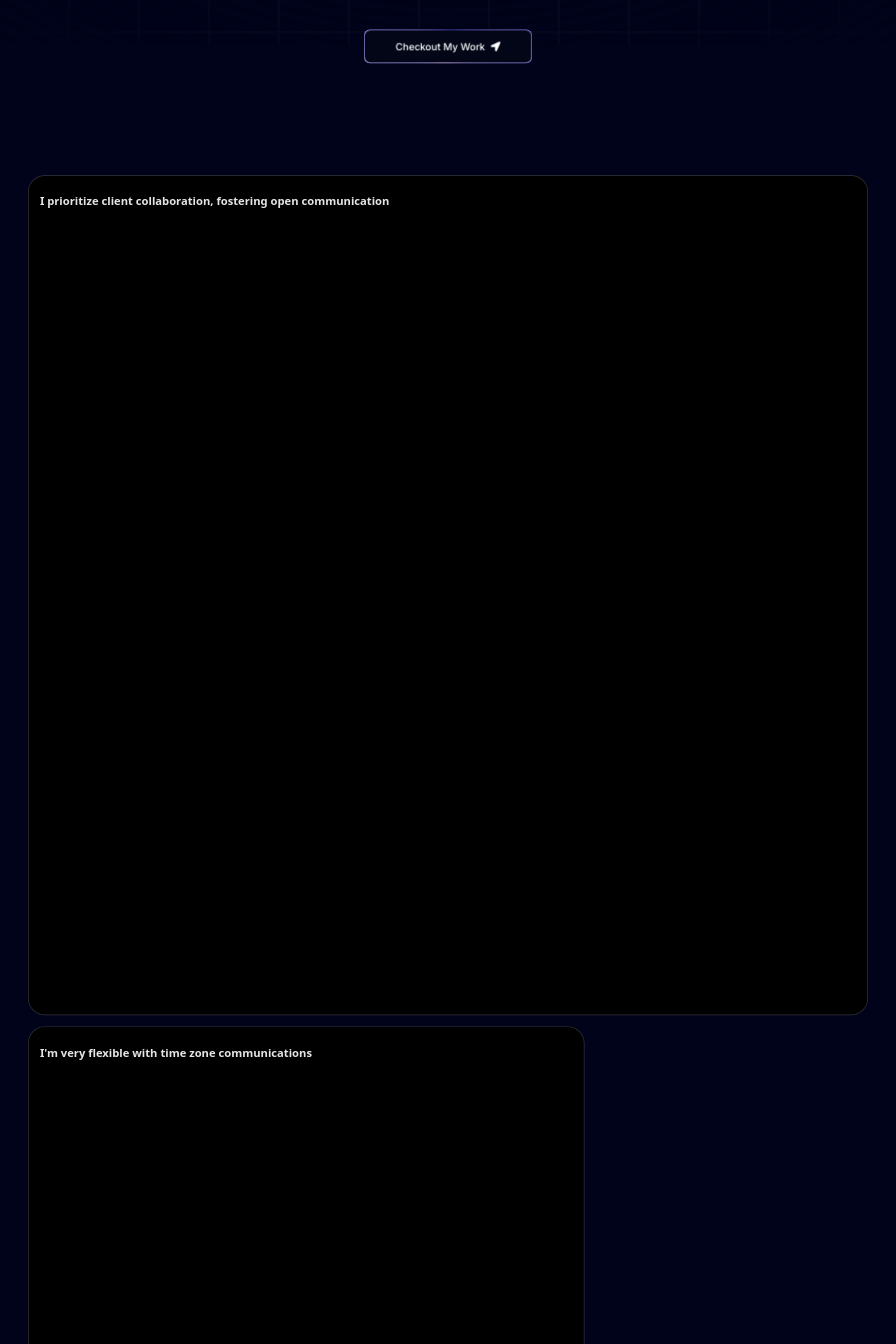
Repository: Carlito-Pedida/node1creative
Page: /
An editor plug-in stored every save of this project. The page is shown before and after the next save, followed by the edit.
The browser window is 1280 px wide. The pictures show the part of the page from y = 656 to 2576 px (the page is 4538 px tall), at 70% of full size.
The project was rebuilt for these pictures with package versions that can differ from the ones it lists, and the page was loaded fresh each time. The framework's server and built-in components were replaced by stand-ins that run in the browser. Also part of the build but not shown: next.config.mjs.

Above is the page before, as saved 2024-11-20 16:58:21.

### app/layout.tsx
import type { Metadata } from "next";
import { Inter } from "next/font/google";
import "./globals.css";
import { ThemeProvider } from "@/components/ThemeProvider";

const inter = Inter({ subsets: ["latin"] });

export const metadata: Metadata = {
  title: "Node①Creative",
  description: "Node 1 Creative Business Portfolio"
};

export default function RootLayout({
  children
}: Readonly<{
  children: React.ReactNode;
}>) {
  return (
    <html lang="en">
      <body className={inter.className}>
        <ThemeProvider
          attribute="class"
          defaultTheme="dark"
          enableSystem
          disableTransitionOnChange
        >
          {children}
        </ThemeProvider>
      </body>
    </html>
  );
}

### app/page.tsx
import Grid from "@/components/Grid";
import Hero from "@/components/Hero";
import { FloatingNav } from "@/components/ui/FloatingNav";
import { navItems } from "@/data";
import { FaHome } from "react-icons/fa";

export default function Home() {
  return (
    <main className="relative bg-black-100 flex justify-center items-center flex-col overflow-hidden mx-auto sm:px-10 px-5">
      <div className="max-1-7xl w-full">
        <FloatingNav navItems={navItems} />
        <Hero />
        <Grid />
      </div>
    </main>
  );
}

### components/Grid.tsx
import React from "react";
import { BentoGrid, BentoGridItem } from "./ui/BentoGrid";
import { gridItems } from "@/data";

const Grid = () => {
  return (
    <section id="about">
      <BentoGrid>
        {gridItems.map(
          ({
            id,
            title,
            description,
            className,
            img,
            imgClassName,
            titleClassName,
            spareImg
          }) => (
            <BentoGridItem
              id={id}
              key={id}
              title={title}
              description={description}
              className={className}
              img={img}
              imgClassName={imgClassName}
              titleClassName={titleClassName}
              spareImg={spareImg}
            />
          )
        )}
      </BentoGrid>
    </section>
  );
};

export default Grid;

### components/Hero.tsx
import React from "react";
import { Spotlight } from "./ui/Spotlight";
import { TextGenerateEffect } from "./ui/TextGenerateEffect";
import MagicButton from "./ui/MagicButton";
import { FaLocationArrow } from "react-icons/fa";

const Hero = () => {
  return (
    <div className="pb-20 pt-36 ">
      <div>
        <Spotlight
          className="-top-40 -left-10 md:-left-32 md:-top-20 h-screen"
          fill="white"
        />
        <Spotlight
          className="top-10 left-full h-[80vh] w-[50vw]"
          fill="purple"
        />
        <Spotlight className="-top-30 -left-80 h-[80vh] w-[50vw]" fill="blue" />
      </div>
      <div className="h-screen w-full dark:bg-black-100 bg-white  dark:bg-grid-white/[0.05] bg-grid-black/[0.2] flex items-center justify-center absolute top-0 left-0">
        {/* Radial gradient for the container to give a faded look */}
        <div className="absolute pointer-events-none inset-0 flex items-center justify-center dark:bg-black-100 bg-white [mask-image:radial-gradient(ellipse_at_center,transparent_20%,black)]" />
      </div>

      <div className="flex justify-center relative my-20 z-10">
        <div className="max-w-[89vw md:max-w-2xl lg:max-w-[60vw] flex flex-col items-center justify-center">
          <h2 className="uppercase tracking-widest test-xs text-center text-blue-100 max-w">
            Where Dynamic Ideas and Creativity Emerge...
          </h2>
          <TextGenerateEffect
            className="text-center text-[40px] md:text-5xl lg:text-6xl"
            words="Translating User Concepts into Remarkable User Experiences"
          />

          <p className="text-center md:tracking-wider mb-4 text-sm md:text-lg lg:text-2xl">
            Hi I am Carlito! Welcome to Node{" "}
            <span className="text-purple">①</span> Creative!
          </p>

          <MagicButton
            buttonName="Checkout My Work"
            icon={<FaLocationArrow />}
            position="right"
          />
        </div>
      </div>
    </div>
  );
};

export default Hero;

### components/ui/FloatingNav.tsx
"use client";
import React, { useState } from "react";
import {
  motion,
  AnimatePresence,
  useScroll,
  useMotionValueEvent
} from "framer-motion";
import { cn } from "@/lib/utils";
import Link from "next/link";

export const FloatingNav = ({
  navItems,
  className
}: {
  navItems: {
    name: string;
    link: string;
    icon?: JSX.Element;
  }[];
  className?: string;
}) => {
  const { scrollYProgress } = useScroll();

  const [visible, setVisible] = useState(false);

  useMotionValueEvent(scrollYProgress, "change", (current) => {
    // Check if current is not undefined and is a number
    if (typeof current === "number") {
      let direction = current! - scrollYProgress.getPrevious()!;

      if (scrollYProgress.get() < 0.05) {
        setVisible(false);
      } else {
        if (direction < 0) {
          setVisible(true);
        } else {
          setVisible(false);
        }
      }
    }
  });

  return (
    <AnimatePresence mode="wait">
      <motion.div
        initial={{
          opacity: 1,
          y: -100
        }}
        animate={{
          y: visible ? 0 : -100,
          opacity: visible ? 1 : 0
        }}
        transition={{
          duration: 0.2
        }}
        className={cn(
          "flex max-w-fit  fixed top-10 inset-x-0 mx-auto border border-transparent dark:border-white/[0.2] rounded-full dark:bg-black bg-white shadow-[0px_2px_3px_-1px_rgba(0,0,0,0.1),0px_1px_0px_0px_rgba(25,28,33,0.02),0px_0px_0px_1px_rgba(25,28,33,0.08)] z-[5000] pr-2 pl-8 py-2  items-center justify-center space-x-4",
          className
        )}
      >
        {navItems.map((navItem: any, idx: number) => (
          <Link
            key={`link=${idx}`}
            href={navItem.link}
            className={cn(
              "relative dark:text-neutral-50 items-center flex space-x-1 text-neutral-600 dark:hover:text-neutral-300 hover:text-neutral-500"
            )}
          >
            <span className="block sm:hidden">{navItem.icon}</span>
            <span className="hidden sm:block text-sm">{navItem.name}</span>
          </Link>
        ))}
        <button className="border text-sm font-medium relative border-neutral-200 dark:border-white/[0.2] text-black dark:text-white px-4 py-2 rounded-full">
          <span>Login</span>
          <span className="absolute inset-x-0 w-1/2 mx-auto -bottom-px bg-gradient-to-r from-transparent via-blue-500 to-transparent  h-px" />
        </button>
      </motion.div>
    </AnimatePresence>
  );
};

### components/ui/BentoGrid.tsx
import { cn } from "@/lib/utils";

export const BentoGrid = ({
  className,
  children
}: {
  className?: string;
  children?: React.ReactNode;
}) => {
  return (
    <div
      className={cn(
        "grid md:auto-rows-[18rem] grid-cols-1 md:grid-cols-3 gap-4 max-w-7xl mx-auto ",
        className
      )}
    >
      {children}
    </div>
  );
};

export const BentoGridItem = ({
  className,
  title,
  description,
  img,
  imgClassName,
  titleClassName,
  spareImg
}: {
  className?: string;
  title?: string | React.ReactNode;
  description?: string | React.ReactNode;
  id?: number;
  img?: string;
  imgClassName?: string;
  titleClassName?: string;
  spareImg?: string;
}) => {
  return (
    <div
      className={cn(
        "relative row-span-1 rounded-3xl group/bento hover:shadow-xl transition duration-200 shadow-input dark:shadow-none p-4 dark:bg-black dark:border-white/[0.2] bg-white border border-transparent justify-between flex flex-col space-y-4 border-red-500",
        className
      )}
    >
      <div className="group-hover/bento:translate-x-2 transition duration-200">
        <div className="font-sans font-bold text-neutral-600 dark:text-neutral-200 mb-2 mt-2">
          {title}
        </div>
        <div className="font-sans font-normal text-neutral-600 text-xs dark:text-neutral-300">
          {description}
        </div>
      </div>
    </div>
  );
};

### components/ui/Spotlight.tsx
import React from "react";
import { cn } from "@/lib/utils";

type SpotlightProps = {
  className?: string;
  fill?: string;
};

export const Spotlight = ({ className, fill }: SpotlightProps) => {
  return (
    <svg
      className={cn(
        "animate-spotlight pointer-events-none absolute z-[1]  h-[169%] w-[138%] lg:w-[84%] opacity-0",
        className
      )}
      xmlns="http://www.w3.org/2000/svg"
      viewBox="0 0 3787 2842"
      fill="none"
    >
      <g filter="url(#filter)">
        <ellipse
          cx="1924.71"
          cy="273.501"
          rx="1924.71"
          ry="273.501"
          transform="matrix(-0.822377 -0.568943 -0.568943 0.822377 3631.88 2291.09)"
          fill={fill || "white"}
          fillOpacity="0.21"
        ></ellipse>
      </g>
      <defs>
        <filter
          id="filter"
          x="0.860352"
          y="0.838989"
          width="3785.16"
          height="2840.26"
          filterUnits="userSpaceOnUse"
          colorInterpolationFilters="sRGB"
        >
          <feFlood floodOpacity="0" result="BackgroundImageFix"></feFlood>
          <feBlend
            mode="normal"
            in="SourceGraphic"
            in2="BackgroundImageFix"
            result="shape"
          ></feBlend>
          <feGaussianBlur
            stdDeviation="151"
            result="effect1_foregroundBlur_1065_8"
          ></feGaussianBlur>
        </filter>
      </defs>
    </svg>
  );
};

### components/ui/TextGenerateEffect.tsx
"use client";
import { useEffect } from "react";
import { motion, stagger, useAnimate } from "framer-motion";
import { cn } from "@/lib/utils";

export const TextGenerateEffect = ({
  words,
  className,
  filter = true,
  duration = 0.5
}: {
  words: string;
  className?: string;
  filter?: boolean;
  duration?: number;
}) => {
  const [scope, animate] = useAnimate();
  let wordsArray = words.split(" ");
  useEffect(() => {
    animate(
      "span",
      {
        opacity: 1,
        filter: filter ? "blur(0px)" : "none"
      },
      {
        duration: duration ? duration : 1,
        delay: stagger(0.2)
      }
    );
  }, [scope.current]);

  const renderWords = () => {
    return (
      <motion.div ref={scope}>
        {wordsArray.map((word, idx) => {
          return (
            <motion.span
              key={word + idx}
              className={`${
                idx > 4 ? "text-purple" : "dark:text-white text-black"
              } opacity-0`}
              style={{
                filter: filter ? "blur(10px)" : "none"
              }}
            >
              {word}{" "}
            </motion.span>
          );
        })}
      </motion.div>
    );
  };

  return (
    <div className={cn("font-bold", className)}>
      <div className="my-4">
        <div className=" dark:text-white text-black  leading-snug tracking-wide">
          {renderWords()}
        </div>
      </div>
    </div>
  );
};

### components/ui/MagicButton.tsx
interface MagicButtonProp {
  buttonName: string;
  icon?: React.ReactNode;
  position?: string;
  handleClick?: () => void;
  otherClasses?: string;
}

const MagicButton = ({
  buttonName,
  icon,
  position,
  handleClick,
  otherClasses
}: MagicButtonProp) => {
  return (
    <button className="relative inline-flex h-12 w-full overflow-hidden rounded-lg p-[1px] focus:outline-none md:w-60 md:mt-10">
      <span className="absolute inset-[-1000%] animate-[spin_2s_linear_infinite] bg-[conic-gradient(from_90deg_at_50%_50%,#E2CBFF_0%,#393BB2_50%,#E2CBFF_100%)]" />
      <span
        className={`inline-flex h-full w-full cursor-pointer items-center justify-center rounded-lg bg-slate-950 px-7 text-sm font-medium text-white backdrop-blur-3xl gap-2 ${otherClasses}`}
      >
        {position === "left" && icon}
        {buttonName}
        {position === "right" && icon}
      </span>
    </button>
  );
};

export default MagicButton;

### tailwind.config.ts
import type { Config } from "tailwindcss";

const svgToDataUri = require("mini-svg-data-uri");

const colors = require("tailwindcss/colors");
const {
  default: flattenColorPalette
} = require("tailwindcss/lib/util/flattenColorPalette");

const config = {
  darkMode: ["class"],
  content: [
    "./pages/**/*.{ts,tsx}",
    "./components/**/*.{ts,tsx}",
    "./app/**/*.{ts,tsx}",
    "./src/**/*.{ts,tsx}",
    "./data/**/*.{ts,tsx}"
  ],
  prefix: "",
  theme: {
    container: {
      center: true,
      padding: "2rem",
      screens: {
        "2xl": "1400px"
      }
    },
    extend: {
      colors: {
        black: {
          DEFAULT: "#000",
          100: "#000319",
          200: "rgba(17, 25, 40, 0.75)",
          300: "rgba(255, 255, 255, 0.125)"
        },
        white: {
          DEFAULT: "#FFF",
          100: "#BEC1DD",
          200: "#C1C2D3"
        },
        blue: {
          "100": "#E4ECFF"
        },
        purple: "#CBACF9",
        border: "hsl(var(--border))",
        input: "hsl(var(--input))",
        ring: "hsl(var(--ring))",
        background: "hsl(var(--background))",
        foreground: "hsl(var(--foreground))",
        primary: {
          DEFAULT: "hsl(var(--primary))",
          foreground: "hsl(var(--primary-foreground))"
        },
        secondary: {
          DEFAULT: "hsl(var(--secondary))",
          foreground: "hsl(var(--secondary-foreground))"
        },
        destructive: {
          DEFAULT: "hsl(var(--destructive))",
          foreground: "hsl(var(--destructive-foreground))"
        },
        muted: {
          DEFAULT: "hsl(var(--muted))",
          foreground: "hsl(var(--muted-foreground))"
        },
        accent: {
          DEFAULT: "hsl(var(--accent))",
          foreground: "hsl(var(--accent-foreground))"
        },
        popover: {
          DEFAULT: "hsl(var(--popover))",
          foreground: "hsl(var(--popover-foreground))"
        },
        card: {
          DEFAULT: "hsl(var(--card))",
          foreground: "hsl(var(--card-foreground))"
        }
      },
      borderRadius: {
        lg: "var(--radius)",
        md: "calc(var(--radius) - 2px)",
        sm: "calc(var(--radius) - 4px)"
      },
      keyframes: {
        "accordion-down": {
          from: { height: "0" },
          to: { height: "var(--radix-accordion-content-height)" }
        },
        "accordion-up": {
          from: { height: "var(--radix-accordion-content-height)" },
          to: { height: "0" }
        },
        spotlight: {
          "0%": {
            opacity: "0",
            transform: "translate(-72%, -62%) scale(0.5)"
          },
          "100%": {
            opacity: "1",
            transform: "translate(-50%,-40%) scale(1)"
          }
        },
        shimmer: {
          from: {
            backgroundPosition: "0 0"
          },
          to: {
            backgroundPosition: "-200% 0"
          }
        },
        moveHorizontal: {
          "0%": {
            transform: "translateX(-50%) translateY(-10%)"
          },
          "50%": {
            transform: "translateX(50%) translateY(10%)"
          },
          "100%": {
            transform: "translateX(-50%) translateY(-10%)"
          }
        },
        moveInCircle: {
          "0%": {
            transform: "rotate(0deg)"
          },
          "50%": {
            transform: "rotate(180deg)"
          },
          "100%": {
            transform: "rotate(360deg)"
          }
        },
        moveVertical: {
          "0%": {
            transform: "translateY(-50%)"
          },
          "50%": {
            transform: "translateY(50%)"
          },
          "100%": {
            transform: "translateY(-50%)"
          }
        },
        scroll: {
          to: {
            transform: "translate(calc(-50% - 0.5rem))"
          }
        }
      },
      animation: {
        "accordion-down": "accordion-down 0.2s ease-out",
        "accordion-up": "accordion-up 0.2s ease-out",
        spotlight: "spotlight 2s ease .75s 1 forwards",
        shimmer: "shimmer 2s linear infinite",
        first: "moveVertical 30s ease infinite",
        second: "moveInCircle 20s reverse infinite",
        third: "moveInCircle 40s linear infinite",
        fourth: "moveHorizontal 40s ease infinite",
        fifth: "moveInCircle 20s ease infinite",
        scroll:
          "scroll var(--animation-duration, 40s) var(--animation-direction, forwards) linear infinite"
      }
    }
  },
  plugins: [
    require("tailwindcss-animate"),
    addVariablesForColors,
    function ({ matchUtilities, theme }: any) {
      matchUtilities(
        {
          "bg-grid": (value: any) => ({
            backgroundImage: `url("${svgToDataUri(
              `<svg xmlns="http://www.w3.org/2000/svg" viewBox="0 0 32 32" width="100" height="100" fill="none" stroke="${value}"><path d="M0 .5H31.5V32"/></svg>`
            )}")`
          }),
          "bg-grid-small": (value: any) => ({
            backgroundImage: `url("${svgToDataUri(
              `<svg xmlns="http://www.w3.org/2000/svg" viewBox="0 0 32 32" width="8" height="8" fill="none" stroke="${value}"><path d="M0 .5H31.5V32"/></svg>`
            )}")`
          }),
          "bg-dot": (value: any) => ({
            backgroundImage: `url("${svgToDataUri(
              `<svg xmlns="http://www.w3.org/2000/svg" viewBox="0 0 32 32" width="16" height="16" fill="none"><circle fill="${value}" id="pattern-circle" cx="10" cy="10" r="1.6257413380501518"></circle></svg>`
            )}")`
          })
        },
        { values: flattenColorPalette(theme("backgroundColor")), type: "color" }
      );
    }
  ]
} satisfies Config;

function addVariablesForColors({ addBase, theme }: any) {
  let allColors = flattenColorPalette(theme("colors"));
  let newVars = Object.fromEntries(
    Object.entries(allColors).map(([key, val]) => [`--${key}`, val])
  );

  addBase({
    ":root": newVars
  });
}

export default config;

Loaded but not shown: app/globals.css (common file); components/ThemeProvider.tsx (common file); lib/utils.ts (common file); data/index.ts (217 lines, source omitted)

After the next save:
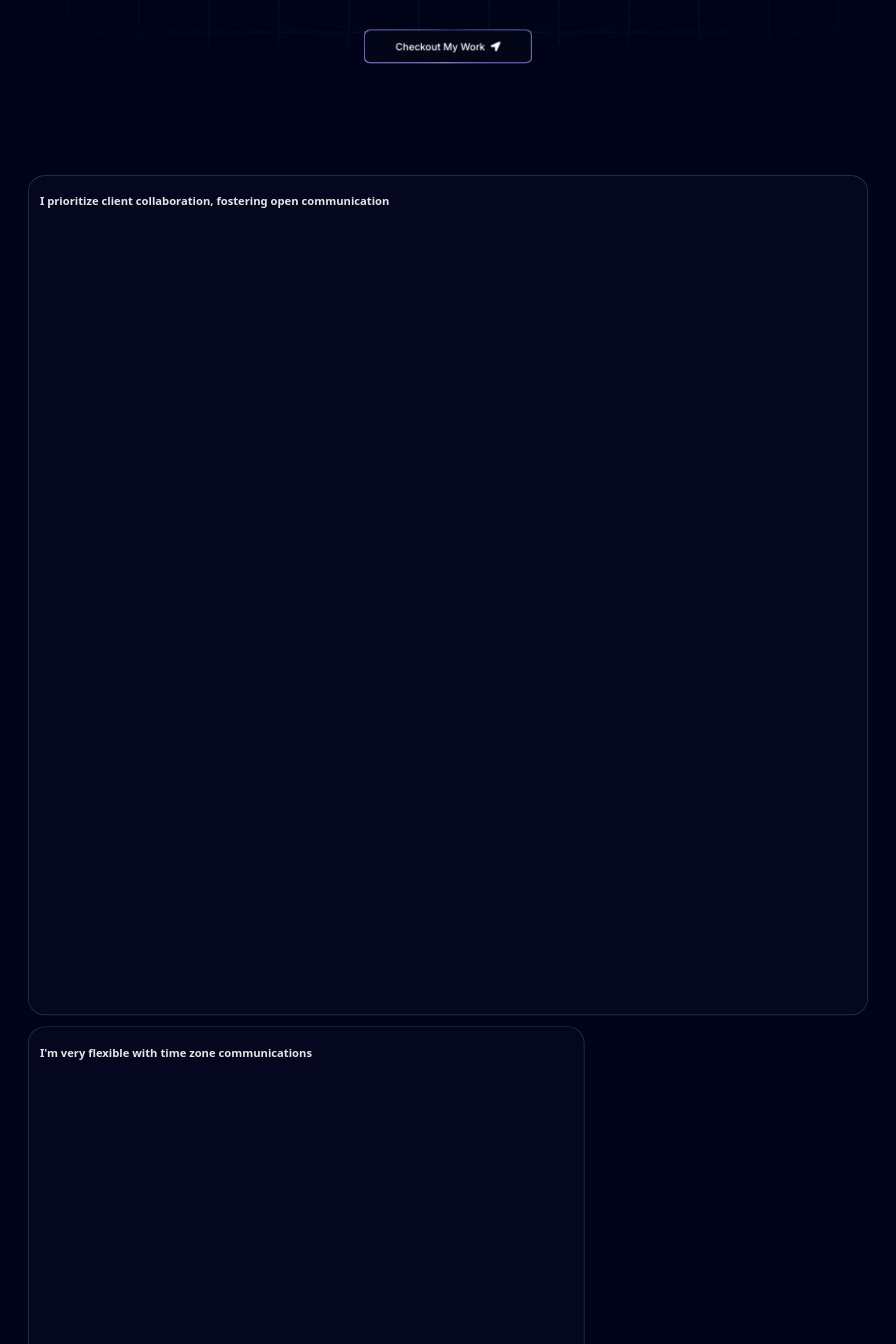
Saved 74 s later.
--- a/components/ui/BentoGrid.tsx
+++ b/components/ui/BentoGrid.tsx
@@ -40,9 +40,14 @@
   return (
     <div
       className={cn(
-        "relative row-span-1 rounded-3xl group/bento hover:shadow-xl transition duration-200 shadow-input dark:shadow-none p-4 dark:bg-black dark:border-white/[0.2] bg-white border border-transparent justify-between flex flex-col space-y-4 border-red-500",
+        "relative row-span-1 rounded-3xl group/bento hover:shadow-xl transition duration-200 shadow-input dark:shadow-none p-4 dark:bg-black dark:border-white/[0.2] bg-white border border-transparent justify-between flex flex-col space-y-4",
         className
       )}
+      style={{
+        background: "rgb(4,7,29)",
+        backgroundColor:
+          "linear-gradient(90deg, rgba(4,7,29,1) 0%, rgba(12,14,35,1) 100%)"
+      }}
     >
       <div className="group-hover/bento:translate-x-2 transition duration-200">
         <div className="font-sans font-bold text-neutral-600 dark:text-neutral-200 mb-2 mt-2">
